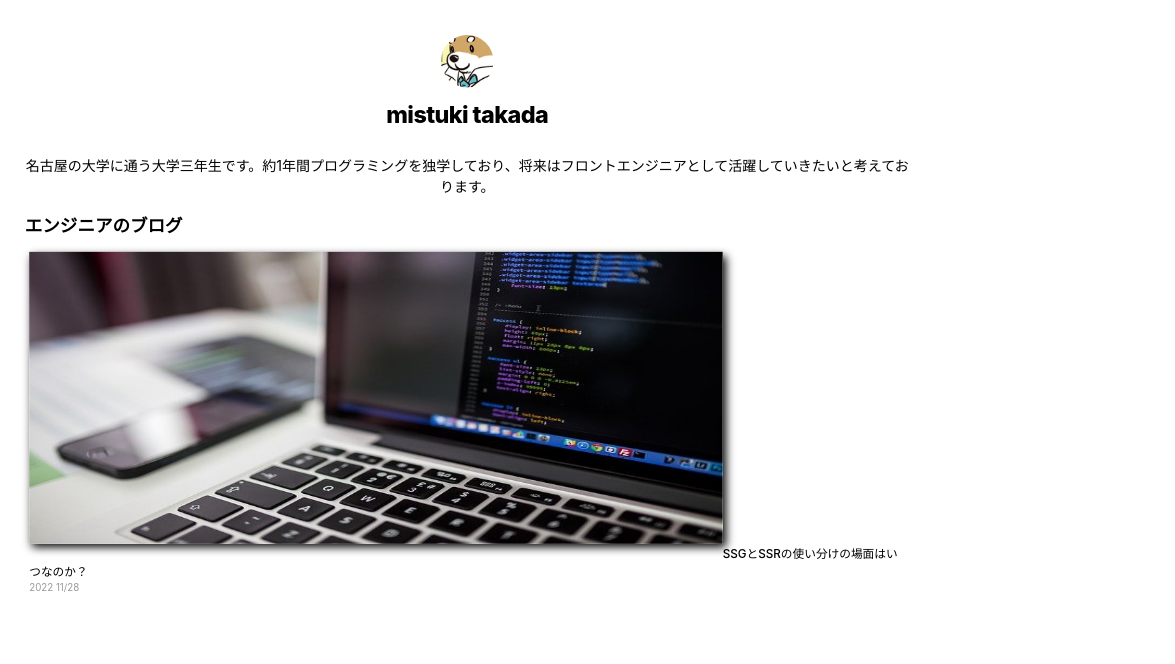
Repository: MitukiTakada/next-practice
Page: /
The author's editor kept a copy of each file at every save. The page is drawn from the files as they stood at one save, then again after the next save.
The browser window is 1280 px wide. The page is 1280 px wide, then 1610 px, so the pictures cover 1610 px, including what lies to the right of the window. The pictures show the whole page, at 73% of full size.
The project was rebuilt for these pictures with package versions that can differ from the ones it lists, and the page was loaded fresh each time. The framework's server and built-in components were replaced by stand-ins that run in the browser. Also part of the build but not shown: next.config.js.

Above is the page before, as saved 2022-10-01 16:29:30.

After the next save:
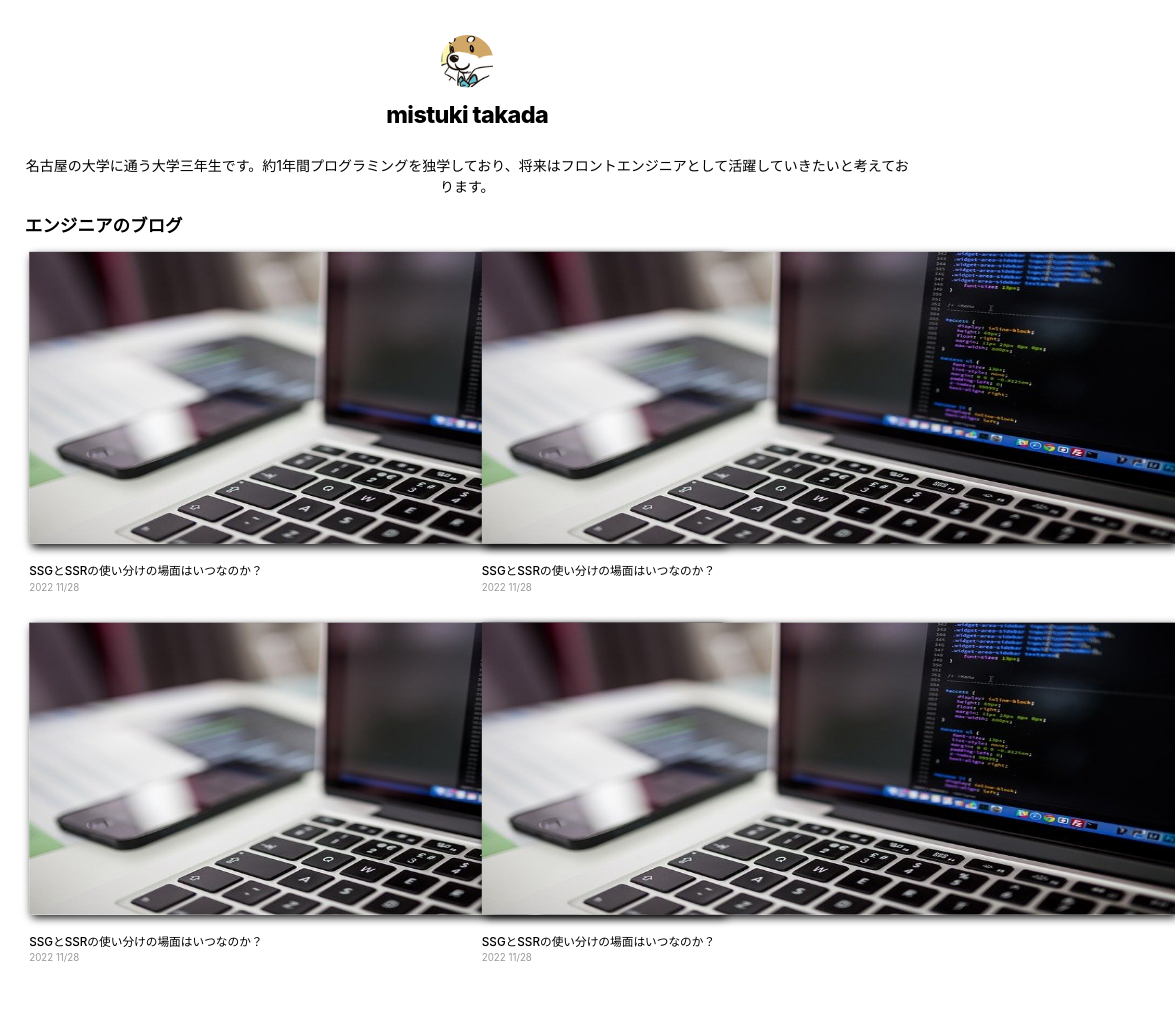
Saved 32 s later.
--- a/pages/index.js
+++ b/pages/index.js
@@ -24,6 +24,36 @@
             <br/>
             <small className={utilStyle.lightText}>2022 11/28</small>
           </article>
+          <article>
+            <Link href="/">
+              <img src="/images/thumbnail01.jpg" className={styles.thumbnailImage}/>
+            </Link>
+            <Link href="/">
+              <a className={utilStyle.boldText}>SSGとSSRの使い分けの場面はいつなのか？</a>
+            </Link>
+            <br/>
+            <small className={utilStyle.lightText}>2022 11/28</small>
+          </article>
+          <article>
+            <Link href="/">
+              <img src="/images/thumbnail01.jpg" className={styles.thumbnailImage}/>
+            </Link>
+            <Link href="/">
+              <a className={utilStyle.boldText}>SSGとSSRの使い分けの場面はいつなのか？</a>
+            </Link>
+            <br/>
+            <small className={utilStyle.lightText}>2022 11/28</small>
+          </article>
+          <article>
+            <Link href="/">
+              <img src="/images/thumbnail01.jpg" className={styles.thumbnailImage}/>
+            </Link>
+            <Link href="/">
+              <a className={utilStyle.boldText}>SSGとSSRの使い分けの場面はいつなのか？</a>
+            </Link>
+            <br/>
+            <small className={utilStyle.lightText}>2022 11/28</small>
+          </article>
         </div>
       </section>
 
